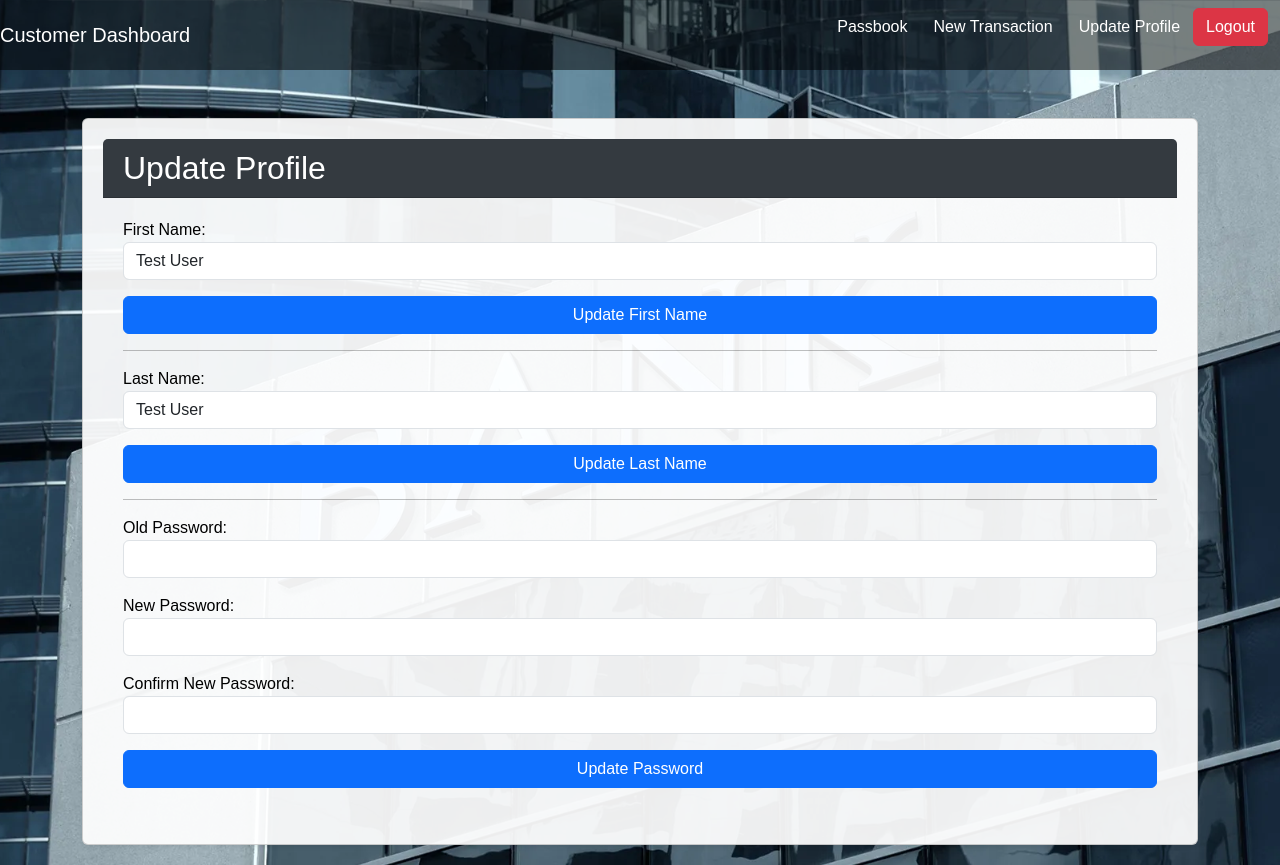
Repository: prathamsuhasia/swabhav-mini-project
Page: http://localhost/01-mini-project/UpdateProfile.jsp
These files come from the project's save history. The page is drawn as it stood at one moment and after the next save; the edit follows.
The browser window is 1280 px wide. The pictures show the whole page.
The page is served by Tomcat 9. The session is filled in as if someone had signed in: {"username": "testuser", "admin": "admin", "customer": "customer", "customerID": 1, "firstName": "Test User", "lastName": "Test User", "createdAt": 1, "accountNumbers": 1}.

Above is the page before, as saved 2024-08-16 04:48:50.

After the next save:
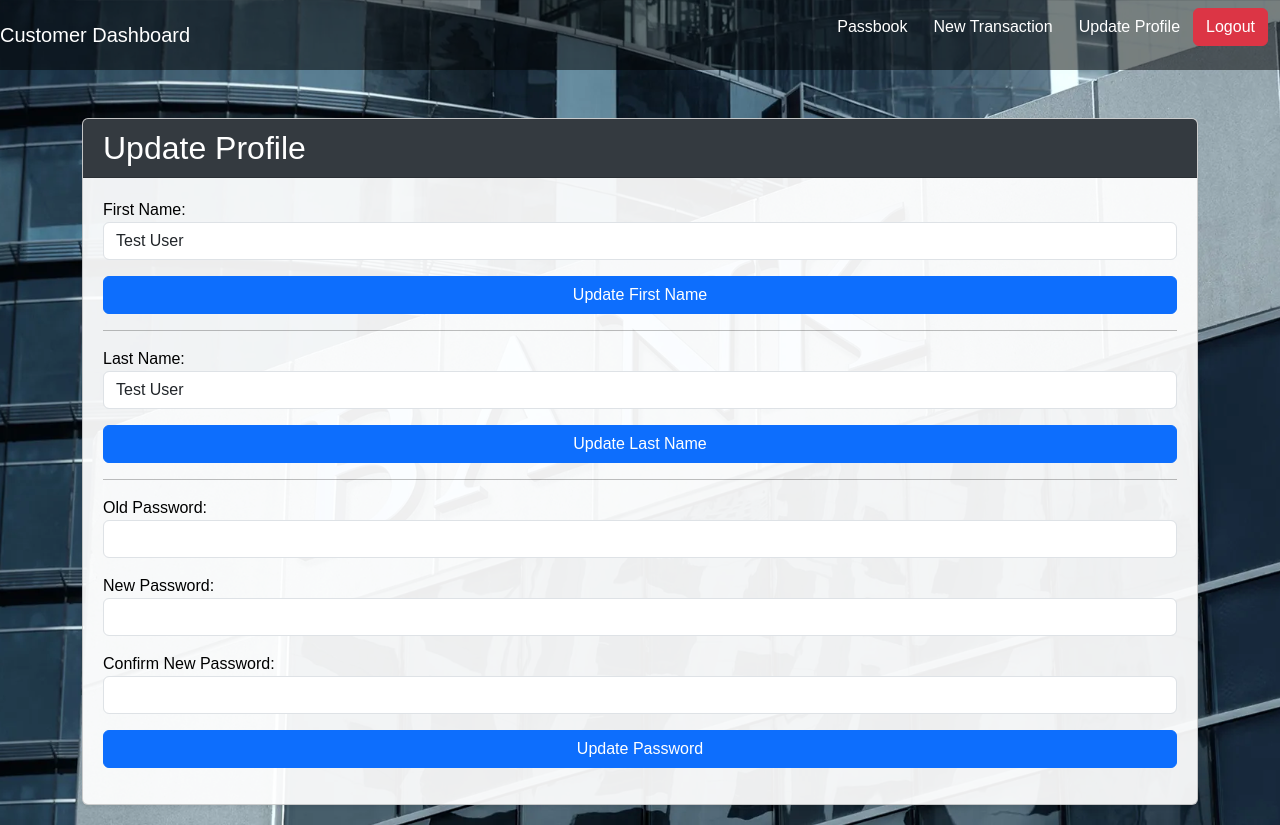
Saved 20 s later.
--- a/01-mini-project/WebContent/UpdateProfile.jsp
+++ b/01-mini-project/WebContent/UpdateProfile.jsp
@@ -74,7 +74,7 @@ body {
 .card-profile {
 	background-color: rgba(255, 255, 255, 0.93);
 	color: #000;
-	padding: 20px;
+
 	margin-bottom: 20px;
 	box-shadow: 0 2px 10px rgba(0, 0, 0, 0.1);
 }
